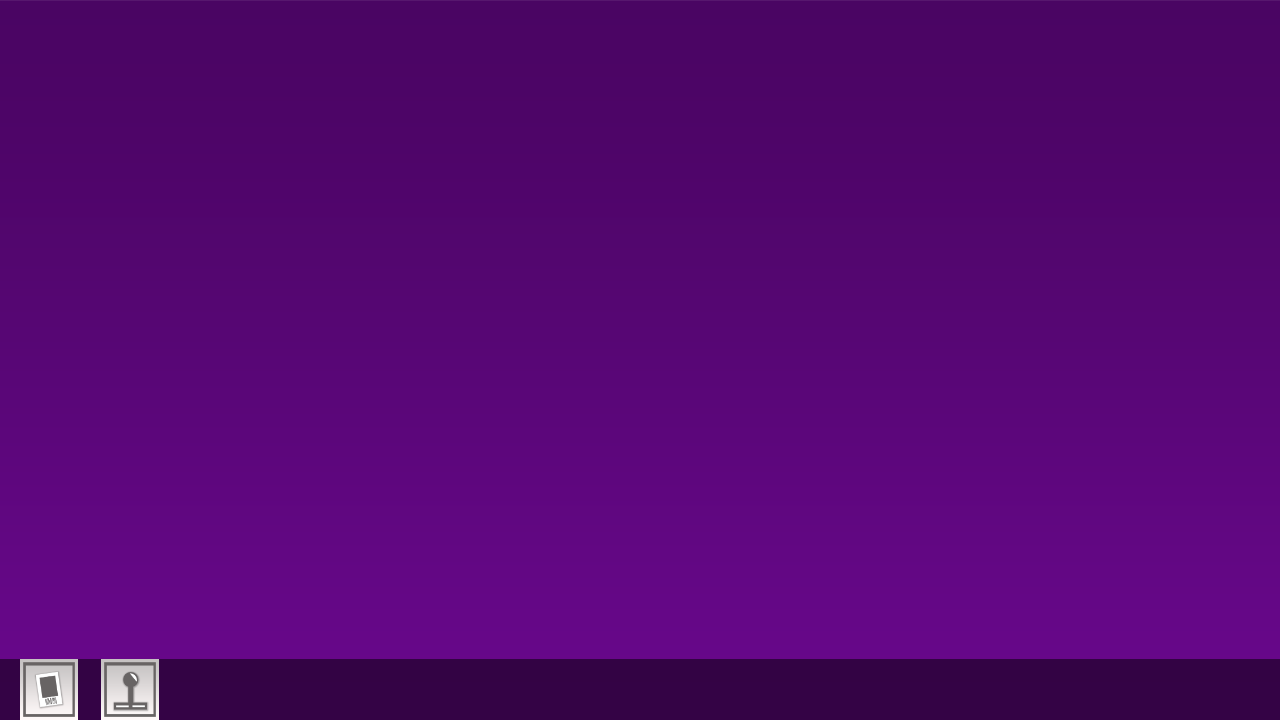
Repository: hj222hi/1dv403-laborationer
Page: 5 - pwd/index.html
The author's editor kept a record of every edit. The page is drawn from the files as they stood at one moment, then again after the next edit.
The browser window is 1280 px wide. The pictures show the whole page.

Above is the page before.

After the next edit:
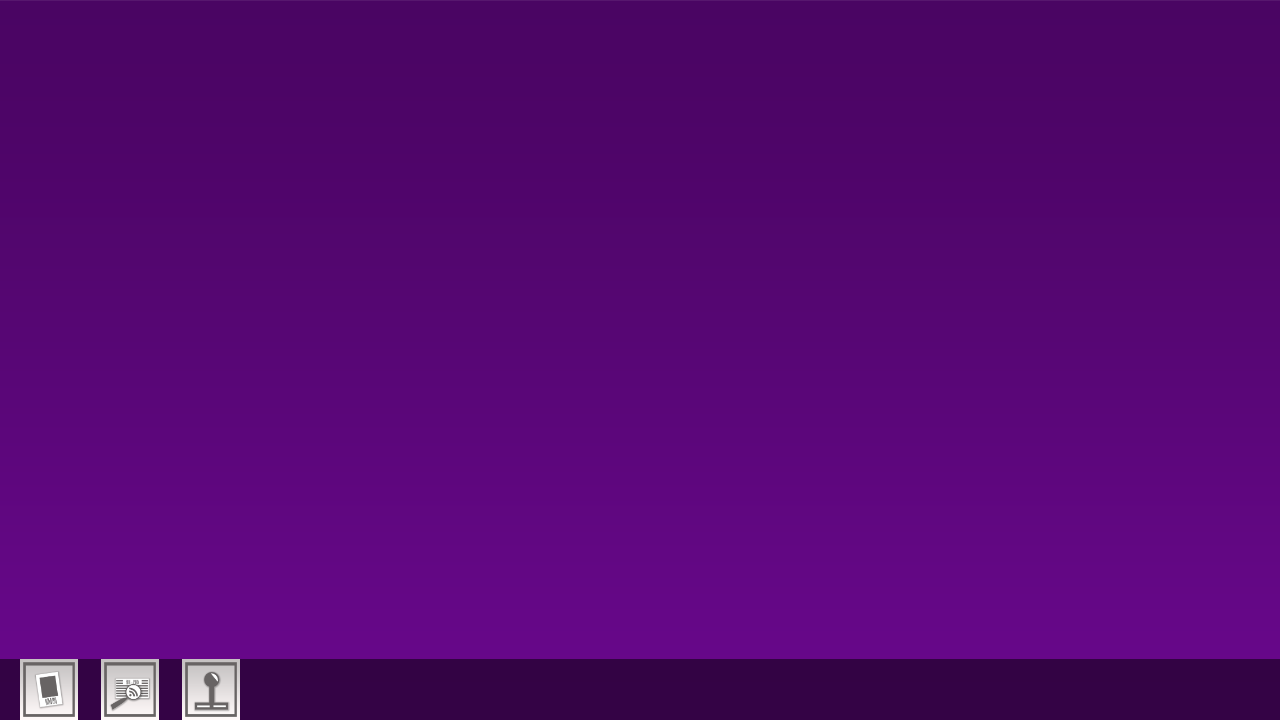
The edit:
--- a/5 - pwd/css/style.css
+++ b/5 - pwd/css/style.css
@@ -215,3 +215,7 @@ color: black;
 font-size: 16px;
 text-decoration: underline;
 }
+
+#memolink{
+    margin-left: 81px;
+}
